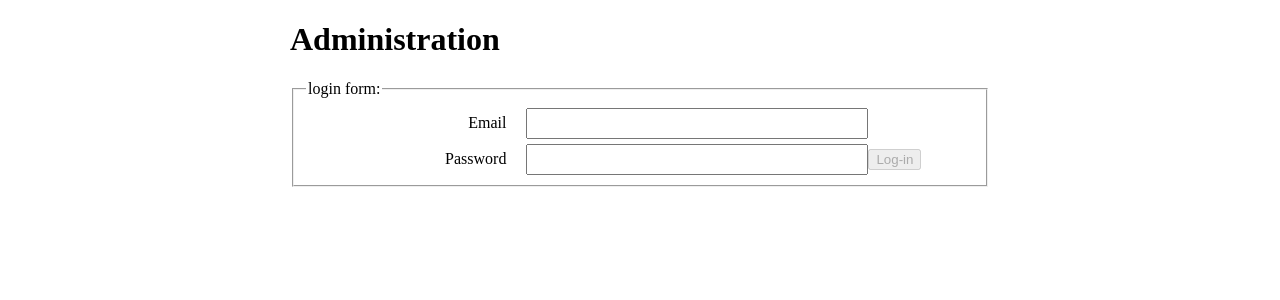
Repository: vsterev/tgs
Page: /admin/login (app in my-app/)
These files come from the project's save history. The page is drawn as it stood at one moment and after the next save; the edit follows.
The browser window is 1280 px wide. The pictures show the whole page.
The project was rebuilt for these pictures with package versions that can differ from the ones it lists, and the page was loaded fresh each time. Also part of the build but not shown: my-app/src/components/users/register/index.js, my-app/src/components/home.module.css, my-app/src/components/home.js, my-app/src/components/homeAuth/home.module.css, my-app/src/components/homeAuth/index.js, my-app/src/services/reps.js, my-app/src/components/reps/getAll/shared/hotels/index.jsx, my-app/src/components/reps/getAll/shared/searchRep/index.jsx and 22 more.

Above is the page before, as saved 2021-01-13 13:01:57.

### my-app/public/index.html
<!DOCTYPE html>
<html lang="en">
  <head>
    <meta charset="utf-8" />
    <link rel="icon" href="%PUBLIC_URL%/favicon.ico" />
    <meta name="viewport" content="width=device-width, initial-scale=1" />
    <meta name="theme-color" content="#000000" />
    <meta name="description" content="Web site created using create-react-app" />
    <link rel="apple-touch-icon" href="%PUBLIC_URL%/logo192.png" />
    <!--
      manifest.json provides metadata used when your web app is installed on a
      user's mobile device or desktop. See https://developers.google.com/web/fundamentals/web-app-manifest/
    -->
    <link rel="manifest" href="%PUBLIC_URL%/manifest.json" />
    <!--
      Notice the use of %PUBLIC_URL% in the tags above.
      It will be replaced with the URL of the `public` folder during the build.
      Only files inside the `public` folder can be referenced from the HTML.

      Unlike "/favicon.ico" or "favicon.ico", "%PUBLIC_URL%/favicon.ico" will
      work correctly both with client-side routing and a non-root public URL.
      Learn how to configure a non-root public URL by running `npm run build`.
    -->
    <link rel="stylesheet" href="https://fonts.googleapis.com/css?family=Roboto:300,400,500,700&display=swap" />
    <link rel="stylesheet" href="https://fonts.googleapis.com/icon?family=Material+Icons" />
    <title>React App</title>
  </head>
  <body>
    <noscript>You need to enable JavaScript to run this app.</noscript>
    <div id="root"></div>
    <!--
      This HTML file is a template.
      If you open it directly in the browser, you will see an empty page.

      You can add webfonts, meta tags, or analytics to this file.
      The build step will place the bundled scripts into the <body> tag.

      To begin the development, run `npm start` or `yarn start`.
      To create a production bundle, use `npm run build` or `yarn build`.
    -->
  </body>
</html>

### my-app/src/index.js
import React from 'react';
import ReactDOM from 'react-dom';
// import './index.css';
import * as serviceWorker from './serviceWorker';
import Auth from './utils/auth';
import Navigation from './navigation.jsx';

ReactDOM.render(
  <React.StrictMode>
    {
      <Auth>
        <Navigation />
      </Auth>
    }
  </React.StrictMode>,
  document.getElementById('root')
);

// If you want your app to work offline and load faster, you can change
// unregister() to register() below. Note this comes with some pitfalls.
// Learn more about service workers: https://bit.ly/CRA-PWA
serviceWorker.unregister();

### my-app/src/utils/auth.js
import React, { useState, useEffect } from 'react';
import AuthContext from './context';
import userService from '../services/users';
import parseCookie from './parseCookie';

const Auth = (props) => {
  const [user, setUser] = useState({ user: null });
  const [loggedIn, setLoggedIn] = useState(null);

  const logIn = (user) => {
    setLoggedIn(true);
    setUser(user);
  };

  const logOut = () => {
    document.cookie = 'tgs-token= ; expires = Thu, 01 Jan 1970 00:00:00 GMT; path=/admin';
    setLoggedIn(false);
    setUser({ user: null });
  };

  useEffect(() => {
    const token = parseCookie('tgs-token');
    if (!token) {
      //da se dobawi dali e expired i ako e da se logoutne
      logOut();
      return;
    }
    userService
      .verify(token)
      .then((res) => {
        // console.log(res);
        if (res.status) {
          logIn(res.userData);
          return;
        }
        console.log('tuk e');
        logOut();
        // return;
      })
      .catch((err) => console.log(err));
  }, []);

  if (loggedIn === null) {
    return <div>Loading ...</div>;
  }
  return <AuthContext.Provider value={{ loggedIn, user, logIn, logOut }}>{props.children}</AuthContext.Provider>;
};

export default Auth;

### my-app/src/navigation.jsx
import React, { useContext } from 'react';
import { Switch, BrowserRouter, Route, Redirect } from 'react-router-dom';
import Auth from './utils/auth';
import Login from './components/users/login';
import Register from './components/users/register';
import Home from './components/home';
import HomeAuth from './components/homeAuth';
import AuthContext from './utils/context';
import Logout from './components/users/logout';
import RepsAll from './components/reps/getAll';
import RepAddHotel from './components/reps/add-hotel';
import RepAdd from './components/reps/add-rep';
import EditRep from './components/reps/edit-rep';
import DepartureByDate from './components/contacts/departureByDate';
import HomeContacts from './components/contacts/home/index.jsx';
import ErrorPage from './components/core/error-page';
import PopupMessage from './components/contacts/shared/popup-message';
import ArrivalByDate from './components/contacts/arrivalByDate';
import Material from './components/material';
const Navigation = () => {
  const { loggedIn } = useContext(AuthContext);
  return (
    <BrowserRouter>
      <Switch>
        {/* <AuthContext> */}
        <Route path="/" exact render={!loggedIn ? () => <Home /> : () => <HomeAuth />} />
        <Route path="/admin/login" render={!loggedIn ? () => <Login /> : () => <RepsAll />} />
        <Route path="/admin/reps/all" render={loggedIn ? () => <RepsAll /> : () => <Login />} />
        <Route path="/admin/reps/add-hotel/:repId" render={loggedIn ? () => <RepAddHotel /> : () => <Login />} />
        <Route path="/admin/reps/add-rep" render={loggedIn ? () => <RepAdd /> : () => <Login />} />
        <Route path="/admin/reps/edit-rep/:repId" component={EditRep} />
        <Route path="/admin/material" component={Material} />
        <Route
          path="/admin/bulk-sms/message-info/:messageId"
          render={loggedIn ? () => <PopupMessage /> : () => <Login />}
        />
        <Route path="/admin/register" component={Register} />
        <Route path="/admin/logout" component={Logout} />
        <Route path="/admin" exact render={!loggedIn ? () => <Home /> : () => <HomeAuth />} />
        <Route path="/admin/transfer/departure/:date" component={DepartureByDate} />
        <Route path="/admin/contacts/home/" render={loggedIn ? () => <HomeContacts /> : () => <Login />} />
        <Route path="/admin/contacts/departure/" render={loggedIn ? () => <HomeContacts /> : () => <Login />} />
        <Route path="/admin/contacts/arrival" render={loggedIn ? () => <ArrivalByDate /> : () => <Login />} />
        <Route path="*" render={() => <ErrorPage msg="Page not Found - 404" />} />

        {/* </AuthContext> */}
      </Switch>
    </BrowserRouter>
  );
};
export default Navigation;

### my-app/src/utils/context.jsx
import React from 'react'
const AuthenticationContext = React.createContext({
    loggedIn: false,
    user: null,
    logIn: () => {},
    logOut: () => {}
})
export default AuthenticationContext

### my-app/src/services/users.js
const usersService = {
  login: (data) => {
    return fetch('http://localhost:4000/user/login', {
      body: JSON.stringify(data),
      method: 'POST',
      headers: { 'Content-type': 'application/json' },
    })
      .then((res) => res.json())
      .catch((e) => console.error(e));
  },
  register: (data) => {
    return fetch('http://localhost:4000/user/register', {
      body: JSON.stringify(data),
      method: 'POST',
      headers: { 'Content-type': 'application/json' },
    })
      .then((res) => res.json())
      .catch((e) => console.error(e));
  },
  verify: (token) => {
    return fetch('http://localhost:4000/user/verify', {
      //   body: JSON.stringify(data),
      method: 'GET',
      headers: { 'Content-type': 'application/json', Authorization: token },
    })
      .then((res) => res.json())
      .catch((e) => console.error(e));
  },
};
export default usersService;

### my-app/src/utils/parseCookie.js
const parseCookie = (cookieName) => {
    const allCookies = document.cookie.split('; ').reduce((acc, cookie) => {
        const [cookieName, cookieValue] = cookie.split('=')
        acc[cookieName] = cookieValue
        return acc
    }, {})
    return allCookies[cookieName]
}
export default parseCookie

### my-app/src/components/users/login/index.jsx
import React, { useState, useContext } from 'react';
import { useHistory } from 'react-router-dom';
import usersServcie from '../../../services/users';
import AuthContext from '../../../utils/context';
import style from './user.module.css';
const Login = () => {
  const [email, setEmail] = useState('');
  const [password, setPassword] = useState('');
  const [errorMessage, setErrorMassage] = useState('');
  const history = useHistory();
  const { logIn } = useContext(AuthContext);
  function submitHandler(e) {
    e.preventDefault();
    usersServcie.login({ email, password }).then((data) => {
      if (!data.status) {
        // setErrorMassage('Unsuccessful login - user not exists or password incorrect !');
        setErrorMassage(data.msg);
        return;
      }
      const { token } = data;
      if (token) {
        document.cookie = `tgs-token=${token}; path=/admin`;
      }
      if (!!data.userData) {
        logIn(data.userData);
        history.push('/admin');
      } else {
        setErrorMassage(`Unsuccessful login - user not exists or password incorrect !`);
      }
    });
  }
  const isEnabled = email.length > 0 && password.length > 0;
  return (
    <React.Fragment>
      <div className={style.login}>
        <h1>Administration</h1>
        <fieldset>
          <legend>login form:</legend>
          <form className={style} onSubmit={submitHandler}>
            <label htmlFor="email">Email</label>
            <input type="text" id="email" value={email} onChange={(e) => setEmail(e.target.value)} />
            <label htmlFor="password">Password</label>
            <input type="password" id="password" value={password} onChange={(e) => setPassword(e.target.value)} />
            <button type="submit" disabled={!isEnabled}>
              Log-in
            </button>
            {!!errorMessage && <div>{errorMessage}</div>}
          </form>
        </fieldset>
      </div>
    </React.Fragment>
  );
};
export default Login;

### my-app/src/components/users/logout/index.jsx
import React, { useContext, useEffect } from 'react';
import AuthContext from '../../../utils/context';
import { useHistory } from 'react-router-dom';
const Logout = () => {
  const { logOut } = useContext(AuthContext);
  const history = useHistory();
  useEffect(() => {
    logOut();
    history.push('/admin/login');
  }, []);
  return null;
};
export default Logout;

### my-app/src/components/users/login/user.module.css
div.login {
  /* display: block; */
  width: 700px;
  margin: 20px auto;
}
/* form {
  display: inline-block;
  margin: 40px auto;
} */
input,
label {
  display: inline-block;
  height: 25px;
  /* text-align: left; */
  margin-top: 5px;
  text-align: center;
}
input {
  width: 50%;
}
label {
  width: 30%;
  text-align: right;
  margin-right: 20px;
}
/* button {
  position: relative;
  left: 260px;
  background: rgb(54, 187, 54);
  border-radius: 4px;
  padding: 10px 20px;
  color: white;
  margin-top: 15px;
  width: 35%;
  text-align: center;
}
button:hover {
  cursor: pointer;
  background: rgb(110, 233, 110);
  color: black;
}
button:disabled {
  background: rgb(148, 158, 148);
  color: grey;
  cursor: auto;
} */

Loaded but not shown: my-app/src/serviceWorker.js (common file); my-app/src/components/core/error-page/error-page.module.css (no stored copy; drawn as an empty file)

After the next save:
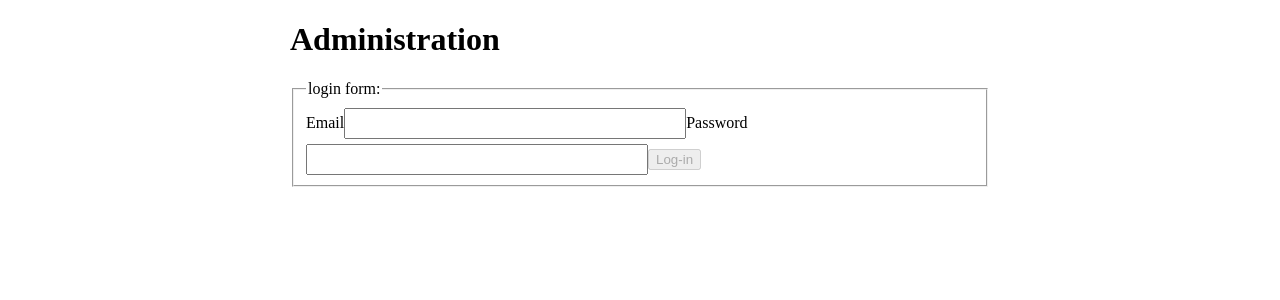
Saved 12 min 9 s later.
--- a/my-app/src/components/users/login/user.module.css
+++ b/my-app/src/components/users/login/user.module.css
@@ -18,11 +18,11 @@ label {
 input {
   width: 50%;
 }
-label {
+/* label {
   width: 30%;
   text-align: right;
   margin-right: 20px;
-}
+} */
 /* button {
   position: relative;
   left: 260px;
